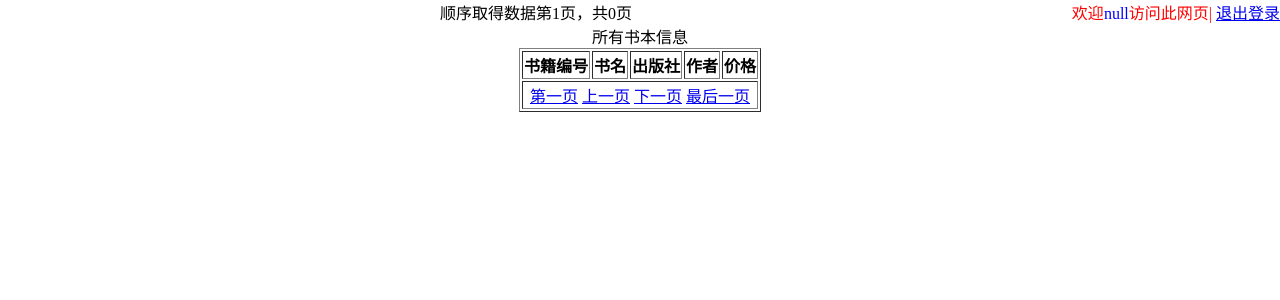
Repository: guirui-li/StudyJavaWeb
Page: http://localhost/JavawebTest/FenServlet?page=1
The author's editor kept a copy of each file at every save. The page is drawn from the files as they stood at one save, then again after the next save.
The browser window is 1280 px wide. The pictures show the whole page.
The page is served by Tomcat 9. Queries for data that is not in the repository find no rows.

Above is the page before, as saved 2019-05-03 07:51:23.

After the next save:
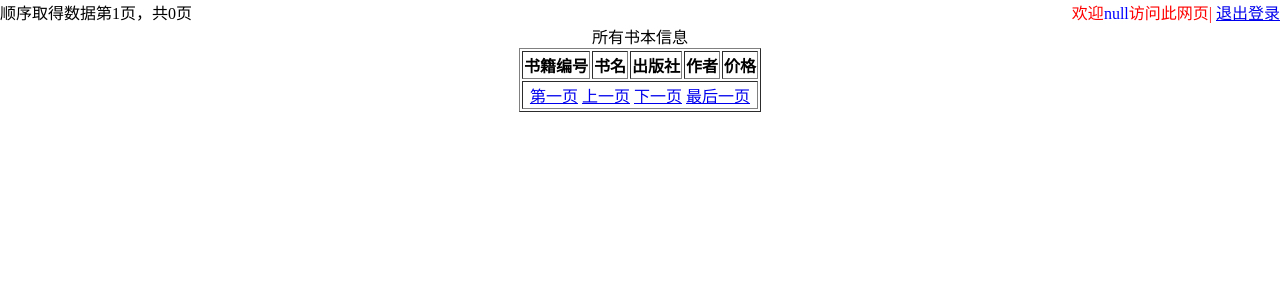
Saved 20 s later.
--- a/JavawebTest/WebContent/experiment08/loginSuccess.jsp
+++ b/JavawebTest/WebContent/experiment08/loginSuccess.jsp
@@ -21,7 +21,7 @@
 			color:red;
 		}
 		#font{
-			text-align: center;
+			margin: auto;
 		}
 		#table{
 			margin:auto;
